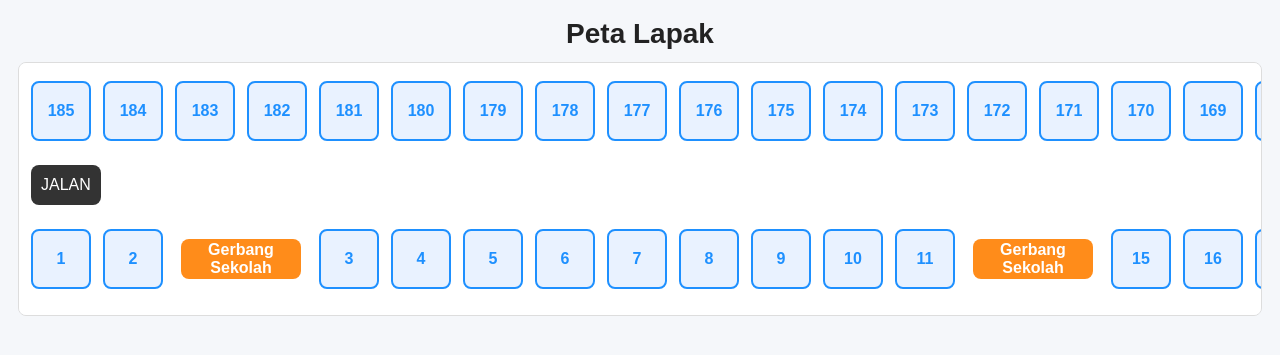
Repository: pasarrakyatbak/denah
Page: index.html
These files come from the project's save history. The page is drawn as it stood at one moment and after the next save; the edit follows.
The browser window is 1280 px wide. The pictures show the whole page.

Above is the page before, as saved 2025-09-19 08:16:19.

After the next save:
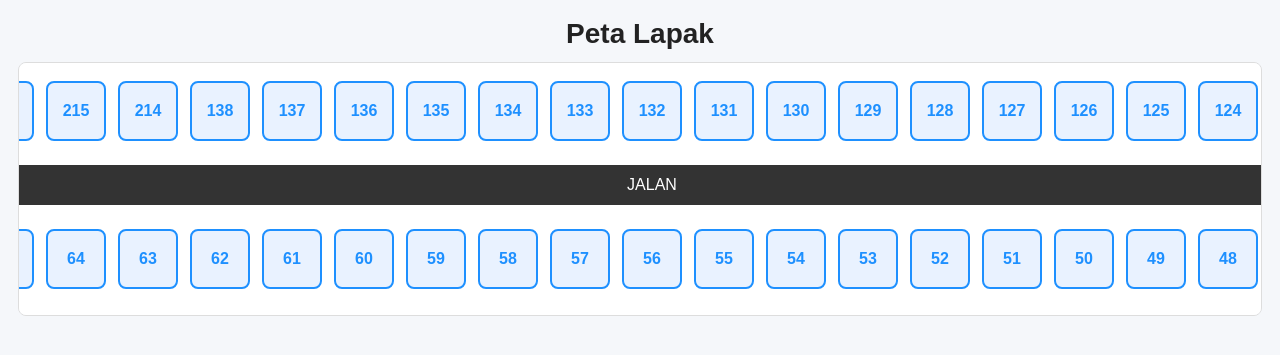
Saved 14 s later.
--- a/script.js
+++ b/script.js
@@ -1,13 +1,15 @@
-// Nomor lapak sisi kiri
+// === data nomor (sudah Anda berikan) ===
+// kiri & kanan tetap sama; nanti kita render dalam URUTAN TERBALIK (reverse)
 const leftNumbers = [
     1, 2, 3, 4, 5, 6, 7, 8, 9, 10, 11,
-    15, 16, 17, 18, 19, 20, 21, 22, 23, 24, 25, 26, 27, 28, 29, 30, 31, 32, 33, 34, 35, 36,
-    37, 38, 39, 40, 41, 42, 43, 44, 45, 46, 47, 48, 49, 50, 51, 52, 53, 54, 55, 56, 57, 58, 59, 60,
-    61, 62, 63, 64, 65, 66, 67, 68, 69, 70, 71, 72, 73, 74, 75, 76, 77, 78, 79, 80, 81, 82, 83, 84,
-    85, 86, 87, 88, 89, 90, 91, 92, 93, 94, 95, 96, 97, 98, 99, 100, 101, 102, 103, 104,
+    15, 16, 17, 18, 19, 20, 21, 22, 23, 24, 25, 26, 27, 28, 29, 30,
+    31, 32, 33, 34, 35, 36, 37, 38, 39, 40, 41, 42, 43, 44, 45, 46, 47, 48, 49, 50,
+    51, 52, 53, 54, 55, 56, 57, 58, 59, 60, 61, 62, 63, 64, 65, 66, 67, 68, 69, 70,
+    71, 72, 73, 74, 75, 76, 77, 78, 79, 80, 81, 82, 83, 84, 85, 86, 87, 88, 89, 90,
+    91, 92, 93, 94, 95, 96, 97, 98, 99, 100, 101, 102, 103, 104,
     186, 187, 188, 189, 190, 191, 192, 193
 ];
-// Nomor lapak sisi kanan (tetap sama daftarnya)
+
 const rightNumbers = [
     194, 195, 196, 197, 198, 199, 200, 201, 202, 203, 204, 205, 206, 207, 208, 209, 210, 211, 212, 213,
     105, 106, 107, 108, 109, 110, 111, 112, 113, 114, 115, 116, 117, 118, 119, 120, 121, 122, 123, 124,
@@ -18,36 +20,65 @@ const rightNumbers = [
     181, 182, 183, 184, 185
 ];
 
-// Render sisi kanan dengan urutan dibalik
-const rightSide = document.getElementById("right-side");
-rightNumbers.slice().reverse().forEach(num => {
-    const div = document.createElement("div");
-    div.className = "lapak";
-    div.textContent = num;
-    rightSide.appendChild(div);
+// cari elemen
+const rightSide = document.getElementById('right-side');
+const leftSide = document.getElementById('left-side');
+const road = document.getElementById('road');
+const hInner = document.querySelector('.h-inner');
+const scrollContainer = document.querySelector('.scroll-container');
+
+// fungsi bantu buat kotak lapak
+function makeLapak(num) {
+    const d = document.createElement('div');
+    d.className = 'lapak';
+    d.textContent = num;
+    return d;
+}
+
+// RENDER: kita render dalam urutan terbalik (reverse) sesuai permintaan
+rightNumbers.slice().reverse().forEach(n => rightSide.appendChild(makeLapak(n)));
+leftNumbers.slice().reverse().forEach(n => leftSide.appendChild(makeLapak(n)));
+
+// Sisipkan "Gerbang Sekolah" secara visual ANTARA dua nomor yang diinginkan
+function insertGerbangBetween(parent, a, b, label = 'Gerbang Sekolah') {
+    const children = Array.from(parent.children);
+    const idxA = children.findIndex(c => c.textContent == String(a));
+    const idxB = children.findIndex(c => c.textContent == String(b));
+    if (idxA === -1 || idxB === -1) return;
+    // ingin menempatkan gerbang di antara posisi a dan b
+    const insertAfterIndex = Math.min(idxA, idxB); // agar gerbang berada di tengah antara keduanya
+    const refNode = parent.children[insertAfterIndex + 1] || null;
+    const g = document.createElement('div');
+    g.className = 'jalan-gerbang';
+    g.textContent = label;
+    parent.insertBefore(g, refNode);
+}
+
+// sisipkan gerbang antara 2 & 3, dan antara 11 & 15 (jika ada)
+insertGerbangBetween(leftSide, 2, 3);
+insertGerbangBetween(leftSide, 11, 15);
+
+// Setelah render, sesuaikan lebar 'road' supaya sejajar dengan baris terpanjang
+function adjustRoadAndWidth() {
+    // lebar masing2 row (include gap)
+    const wTop = rightSide.scrollWidth;
+    const wBottom = leftSide.scrollWidth;
+    const maxW = Math.max(wTop, wBottom);
+
+    // pastikan h-inner cukup lebar supaya scroll horizontal penuh
+    hInner.style.minWidth = (maxW + 40) + 'px'; // + padding safety
+    // set lebar road sama dengan area baris
+    road.style.width = (maxW) + 'px';
+
+    // opsional: posisikan scroll ke tengah awal agar pengguna langsung lihat tengah
+    const containerW = scrollContainer.clientWidth;
+    scrollContainer.scrollLeft = Math.max(0, (maxW - containerW) / 2);
+}
+
+// panggil dan juga saat resize
+adjustRoadAndWidth();
+window.addEventListener('resize', () => {
+    // sedikit delay agar tidak sering dipanggil
+    clearTimeout(window._adjustTimeout);
+    window._adjustTimeout = setTimeout(adjustRoadAndWidth, 120);
 });
-
-// Render sisi kiri
-const leftSide = document.getElementById("left-side");
-leftNumbers.forEach(num => {
-    const div = document.createElement("div");
-    div.className = "lapak";
-    div.textContent = num;
-    leftSide.appendChild(div);
-
-    // Tambahkan tanda jalan setelah nomor 2
-    if (num === 2) {
-        const jalanGerbang = document.createElement("div");
-        jalanGerbang.className = "jalan-gerbang";
-        jalanGerbang.textContent = "Gerbang Sekolah";
-        leftSide.appendChild(jalanGerbang);
-    }
-
-    // Tambahkan tanda jalan setelah nomor 11
-    if (num === 11) {
-        const jalanGerbang = document.createElement("div");
-        jalanGerbang.className = "jalan-gerbang";
-        jalanGerbang.textContent = "Gerbang Sekolah";
-        leftSide.appendChild(jalanGerbang);
-    }
-});
